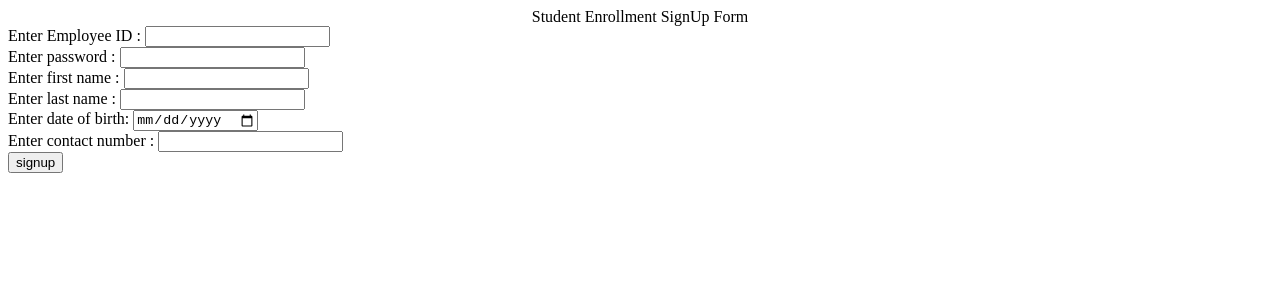
Repository: adarshsingh011/demoapp
Page: http://localhost/demoapp/signup.jsp
The author's editor kept a copy of each file at every save. The page is drawn from the files as they stood at one save, then again after the next save.
The browser window is 1280 px wide. The pictures show the whole page.
The page is served by Tomcat 10. Other server files are loaded and not shown.

Above is the page before, as saved 2022-03-17 08:53:38.

### demoapp/src/main/webapp/signup.jsp
<%@ page language="java" contentType="text/html; charset=ISO-8859-1"
    pageEncoding="ISO-8859-1"%>
<!DOCTYPE html>
<html>
<head>
<meta charset="ISO-8859-1">
<title>Insert title here</title>
</head>
<body>
	<center>Student Enrollment SignUp Form</center>
	<form action="Signup" method= "post">
			Enter Employee ID : <input type="text" name="uname" required><br>
			Enter password : <input type="password" name="pass"required><br>
			Enter first name : <input type="text" name="fname"><br>
			Enter last name : <input type="text" name="lname"><br>
			Enter date of birth: <input type="date" name="dob"><br>
			Enter contact number : <input type="text" name="contact"><br>
			<input type="submit" value="signup">


	</form>
</body>
</html>

After the next save:
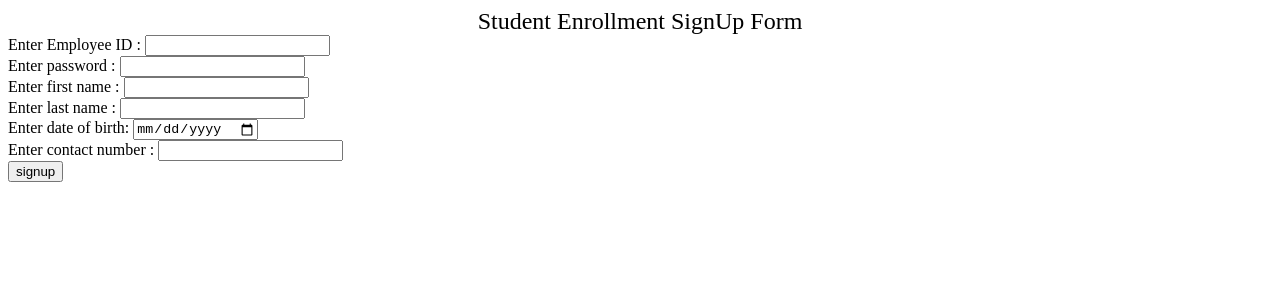
Saved 72 s later.
--- a/demoapp/src/main/webapp/signup.jsp
+++ b/demoapp/src/main/webapp/signup.jsp
@@ -7,7 +7,7 @@
 <title>Insert title here</title>
 </head>
 <body>
-	<center>Student Enrollment SignUp Form</center>
+	<center><font size="+2">Student Enrollment SignUp Form</font></center>
 	<form action="Signup" method= "post">
 			Enter Employee ID : <input type="text" name="uname" required><br>
 			Enter password : <input type="password" name="pass"required><br>
